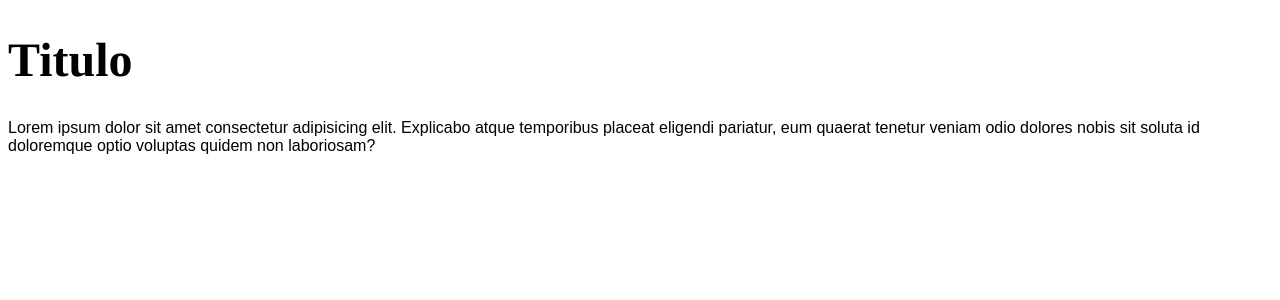
Repository: Iamjordana/html-css
Page: Html Css/Exercicios/ex018/fonte02.html
An editor plug-in stored every save of this project. The page is shown before and after the next save, followed by the edit.
The browser window is 1280 px wide. The pictures show the whole page.

Above is the page before, as saved 2025-02-18 09:44:11.

After the next save:
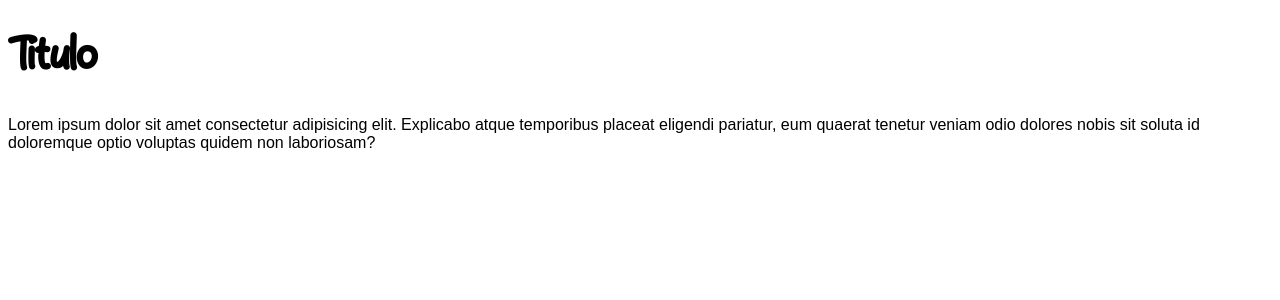
Saved 11 s later.
--- a/Html Css/Exercicios/ex018/fonte02.html
+++ b/Html Css/Exercicios/ex018/fonte02.html
@@ -24,7 +24,7 @@
             font-family: Arial, Helvetica, sans-serif;
         }
         h1{
-            font-family:'October Wish', Times, sans-serif;
+            font-family:'Ordinary Notes', Times, sans-serif;
             font-size: 3em;
         }
     </style>
